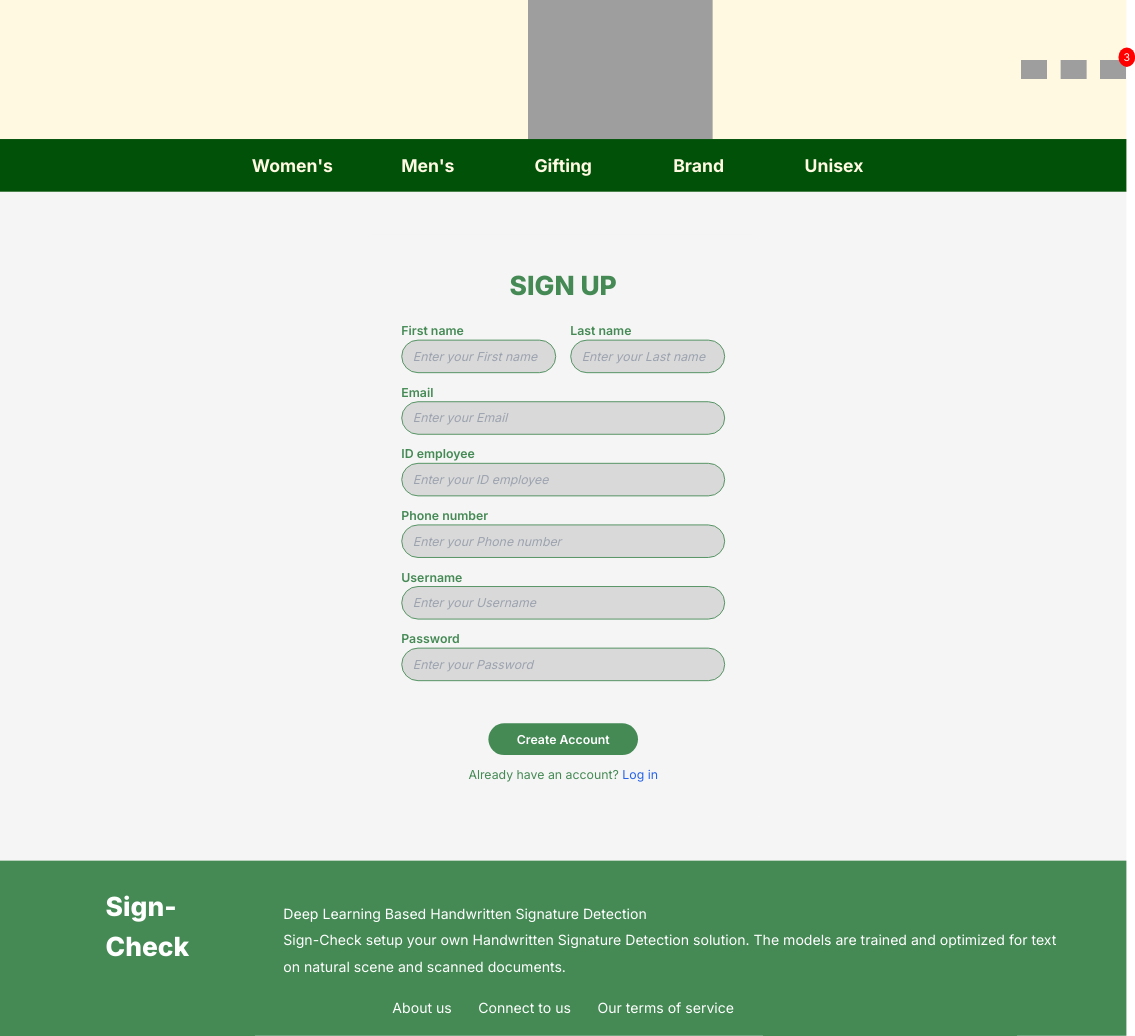
Repository: kimngan2809/AIproject
Page: /add-customer (app in frontend/)
An editor plug-in stored every save of this project. The page is shown before and after the next save, followed by the edit.
The browser window is 1280 px wide. The page is 1290 px wide, so the pictures cover 1290 px, including what lies to the right of the window. The pictures show the whole page, at 88% of full size.
Pictures or frames that could not be fetched are drawn as grey boxes. The page's requests for data from a server got no answer. The project was rebuilt for these pictures with package versions that can differ from the ones it lists, and the page was loaded fresh each time. The framework's server and built-in components were replaced by stand-ins that run in the browser. No one was signed in, and anything a server would have sent is missing. Also part of the build but not shown: frontend/next.config.mjs.

Above is the page before, as saved 2024-10-07 00:24:04.

### frontend/src/app/add-customer/layout.jsx
"use client";
import Header from "@/components/header";
import Footer from "@/components/footer";

const Layout = ({ children }) => {
  return (
    <div className="flex flex-col min-h-screen">
      <Header />
      <main className="flex-grow">
        {children}
      </main>
      <Footer />
    </div>
  );
};

export default Layout;

### frontend/src/app/add-customer/page.jsx
"use client";
import { useState } from "react";
import { useRouter } from "next/navigation";

const Addcustomer = () => {
  const [firstName, setFirstName] = useState("");
  const [lastName, setLastName] = useState("");
  const [email, setEmail] = useState("");
  const [idEmployee, setIdEmployee] = useState("");
  const [phoneNumber, setPhoneNumber] = useState("");
  const [username, setUsername] = useState("");
  const [password, setPassword] = useState("");
  const [errorText, setErrorText] = useState("");
  const router = useRouter();

  const onSignUpClick = (e) => {
    e.preventDefault();
    if (!firstName || !lastName || !email || !idEmployee || !phoneNumber || !username || !password) {
      setErrorText("Have missing data!");
      return;
    }
    setErrorText("");
    // Handle sign up logic here...
  };

  const navigateToLogin = () => {
    router.push("/login");
  };

  return (
    <div className="flex min-h-screen items-center justify-center px-6 py-12 lg:px-8 bg-[#F5F5F5]">
      <div className="flex flex-col w-full max-w-md bg-[#F5F5F5] rounded-lg overflow-hidden">
        <div className="p-10 bg-[#F5F5F5]">
          <form className="space-y-3" onSubmit={onSignUpClick}>
            <h1 className="text-3xl font-extrabold text-[#458A55] mb-6 text-center">SIGN UP</h1>

            <div className="flex space-x-4 space-y-0">
              <div className="w-1/2 space-y-0">
                <label htmlFor="firstName" className="block text-sm font-semibold text-[#458A55]">First name</label>
                <input
                  id="firstName"
                  name="firstName"
                  type="text"
                  placeholder="Enter your First name"
                  value={firstName}
                  onChange={(e) => setFirstName(e.target.value)}
                  required
                  className="mt-1 block w-full px-3 py-2 bg-[#D9D9D9] border border-[#458A55] rounded-full text-sm text-[#00000080] focus:outline-none placeholder:italic"
                />
              </div>

              <div className="w-1/2 space-y-0">
                <label htmlFor="lastName" className="block text-sm font-semibold text-[#458A55]">Last name</label>
                <input
                  id="lastName"
                  name="lastName"
                  type="text"
                  placeholder="Enter your Last name"
                  value={lastName}
                  onChange={(e) => setLastName(e.target.value)}
                  required
                  className="mt-1 block w-full px-3 py-2 bg-[#D9D9D9] border border-[#458A55] rounded-full text-sm text-[#00000080] focus:outline-none placeholder:italic"
                />
              </div>
            </div>

            <div className="space-y-0">
              <label htmlFor="email" className="block text-sm font-semibold text-[#458A55]">Email</label>
              <input
                id="email"
                name="email"
                type="email"
                placeholder="Enter your Email"
                value={email}
                onChange={(e) => setEmail(e.target.value)}
                required
                className="mt-1 block w-full px-3 py-2 bg-[#D9D9D9] border border-[#458A55] rounded-full text-sm text-[#00000080] focus:outline-none placeholder:italic"
              />
            </div>

            <div className="space-y-0">
              <label htmlFor="idEmployee" className="block text-sm font-semibold text-[#458A55]">ID employee</label>
              <input
                id="idEmployee"
                name="idEmployee"
                type="text"
                placeholder="Enter your ID employee"
                value={idEmployee}
                onChange={(e) => setIdEmployee(e.target.value)}
                required
                className="mt-1 block w-full px-3 py-2 bg-[#D9D9D9] border border-[#458A55] rounded-full text-sm text-[#00000080] focus:outline-none placeholder:italic"
              />
            </div>

            <div className="space-y-0">
              <label htmlFor="phoneNumber" className="block text-sm font-semibold text-[#458A55]">Phone number</label>
              <input
                id="phoneNumber"
                name="phoneNumber"
                type="text"
                placeholder="Enter your Phone number"
                value={phoneNumber}
                onChange={(e) => setPhoneNumber(e.target.value)}
                required
                className="mt-1 block w-full px-3 py-2 bg-[#D9D9D9] border border-[#458A55] rounded-full text-sm text-[#00000080] focus:outline-none placeholder:italic"
              />
            </div>

            <div className="space-y-0">
              <label htmlFor="username" className="block text-sm font-semibold text-[#458A55]">Username</label>
              <input
                id="username"
                name="username"
                type="text"
                placeholder="Enter your Username"
                value={username}
                onChange={(e) => setUsername(e.target.value)}
                required
                className="mt-1 block w-full px-3 py-2 bg-[#D9D9D9] border border-[#458A55] rounded-full text-sm text-[#00000080] focus:outline-none placeholder:italic"
              />
            </div>

            <div className="space-y-0">
              <label htmlFor="password" className="block text-sm font-semibold text-[#458A55]">Password</label>
              <input
                id="password"
                name="password"
                type="password"
                placeholder="Enter your Password"
                value={password}
                onChange={(e) => setPassword(e.target.value)}
                required
                className="mt-1 block w-full px-3 py-2 bg-[#D9D9D9] border border-[#458A55] rounded-full text-sm text-[#00000080] focus:outline-none placeholder:italic"
              />
            </div>

            <div style={{ minHeight: "24px" }}>
              {errorText && <span style={{ color: "red" }}>{errorText}</span>}
            </div>

            <div className="text-center">
              <button
                type="submit"
                className="font-medium py-2 px-8 bg-[#458A55] text-white rounded-full text-sm font-semibold hover:bg-[#3c7b4a] transition"
              >
                Create Account
              </button>
            </div>

            <div className="text-center text-sm text-[#458A55]">
              Already have an account?{" "}
              <span className="text-blue-600 hover:underline cursor-pointer" onClick={navigateToLogin}>
                Log in
              </span>
            </div>
          </form>
        </div>
      </div>
    </div>
  );
};

export default Addcustomer;

### frontend/src/components/footer.jsx
import React from 'react';
import Link from "next/link";

const Footer = () => {
    const footerStyle = {
        backgroundColor: '#015109',
        color: '#FFF9E2',
        padding: '20px 0',
        // display: 'flex',
        justifyContent: 'space-around',
        alignItems: 'center',
        marginTop:'20px'
    };
    const paymentImageStyle = {
        width: '90px',

        borderRadius: '5px',
        margin: '5px',
    };

    const columnStyle = {
        display: 'flex',
        flexDirection: 'column',
        alignItems: 'flex-start',
        margin:'30px',
        paddingLeft:'100px'
    };

    const listStyle = {
        listStyle: 'none',
        spaceLine:'5px',

    };

    const socialMediaStyle = {
        display: 'flex',
        justifyContent:'space-evenly',
        width: '50px',
        marginTop: '20px',
        borderRadius:'50%',
        marginLeft:'30px'
    };const bottomStyle = {
        width: '100%',
        borderTop: '1px solid #FFF9E2',
        display:'flex'



    };

    return (
        <footer style={{ backgroundColor: '#458A55', padding: '20px', color: '#fff' }}>
      <div className="footer-content" style={{display:'flex'}}>
        <div style={{marginLeft:'50px',paddingLeft:'50px', marginTop:'10px',width:'20vw'}}>
        <h1 className="font-extrabold" style={{ fontSize: '30px' }}>Sign-Check</h1>
        </div>
        <div style={{ marginLeft:'50px',lineHeight:'30px',marginRight:'50px', marginTop:'20px'}}>
        <p style={{ marginTop: '5px', fontSize: '16px' }}>
          Deep Learning Based Handwritten Signature Detection
          <br />
          Sign-Check setup your own Handwritten Signature Detection solution. The models are trained and optimized for text on natural scene and scanned documents.
        </p>
        </div>
      </div>
      <div className="footer-links" style={{ display: 'flex', justifyContent: 'center', gap: '30px', marginTop: '20px' }}>
        <a href="#" style={{ color: '#fff', textDecoration: 'none', fontSize: '16px' }}>About us</a>
        <a href="#" style={{ color: '#fff', textDecoration: 'none', fontSize: '16px' }}>Connect to us</a>
        <a href="#" style={{ color: '#fff', textDecoration: 'none', fontSize: '16px' }}>Our terms of service</a>
      </div>
    </footer>
    );
};

export default Footer;

Loaded but not shown: frontend/src/app/layout.js (common file); frontend/src/app/globals.css (common file); frontend/tailwind.config.js (common file); frontend/src/utils/helper.js (39 lines, source omitted); frontend/src/utils/api-caller.js (17 lines, source omitted); frontend/src/components/header.jsx (325 lines, source omitted)

After the next save:
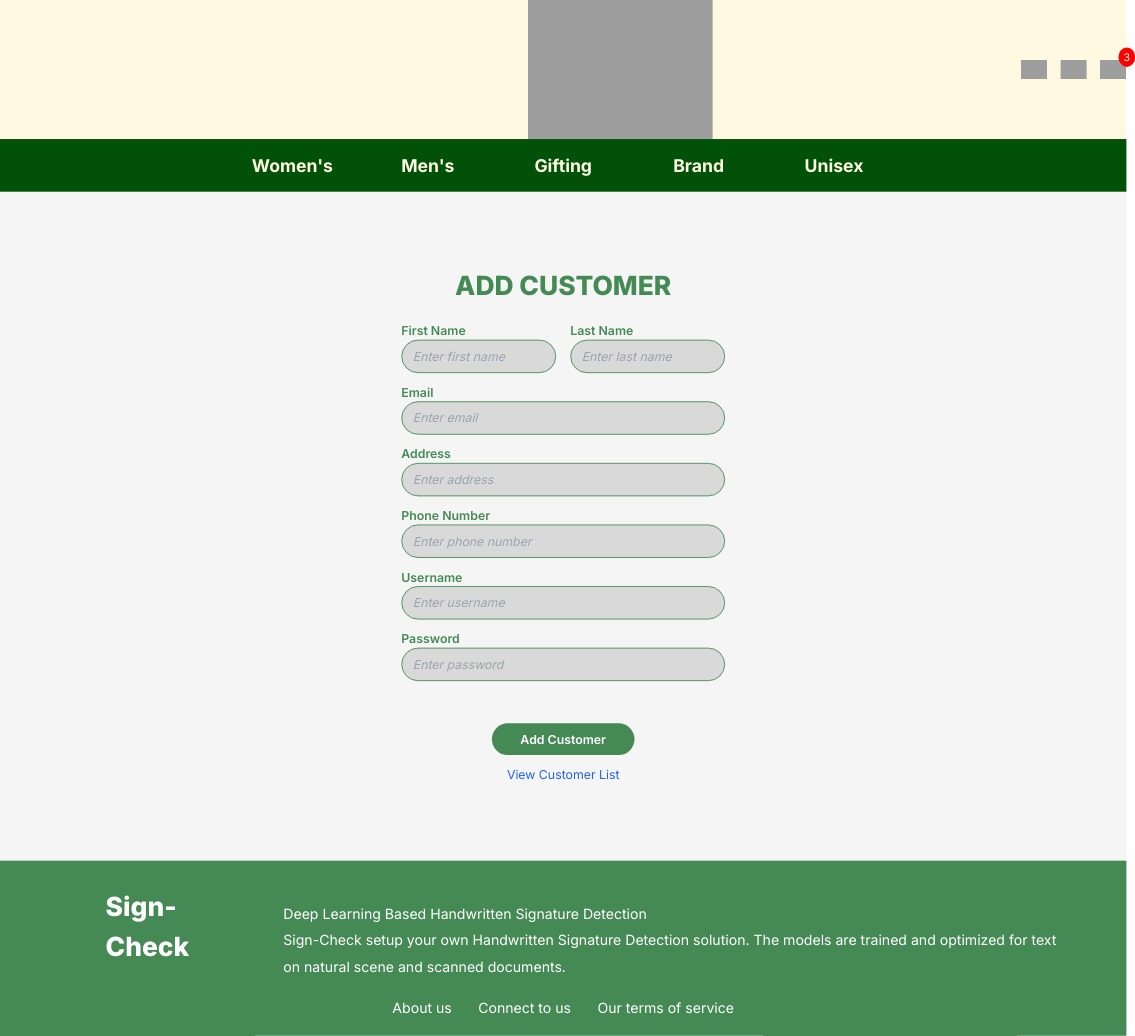
Saved 4 min 33 s later.
--- a/frontend/src/app/add-customer/page.jsx
+++ b/frontend/src/app/add-customer/page.jsx
@@ -2,46 +2,46 @@
 import { useState } from "react";
 import { useRouter } from "next/navigation";
 
-const Addcustomer = () => {
+const AddCustomer = () => {
   const [firstName, setFirstName] = useState("");
   const [lastName, setLastName] = useState("");
   const [email, setEmail] = useState("");
-  const [idEmployee, setIdEmployee] = useState("");
+  const [address, setAddress] = useState("");
   const [phoneNumber, setPhoneNumber] = useState("");
   const [username, setUsername] = useState("");
   const [password, setPassword] = useState("");
   const [errorText, setErrorText] = useState("");
   const router = useRouter();
 
-  const onSignUpClick = (e) => {
+  const onAddCustomerClick = (e) => {
     e.preventDefault();
-    if (!firstName || !lastName || !email || !idEmployee || !phoneNumber || !username || !password) {
-      setErrorText("Have missing data!");
+    if (!firstName || !lastName || !email || !address || !phoneNumber || !username || !password) {
+      setErrorText("Please fill out all fields!");
       return;
     }
     setErrorText("");
-    // Handle sign up logic here...
+    // Handle customer creation logic here...
   };
 
-  const navigateToLogin = () => {
-    router.push("/login");
+  const navigateToCustomerList = () => {
+    router.push("/customers");
   };
 
   return (
     <div className="flex min-h-screen items-center justify-center px-6 py-12 lg:px-8 bg-[#F5F5F5]">
       <div className="flex flex-col w-full max-w-md bg-[#F5F5F5] rounded-lg overflow-hidden">
         <div className="p-10 bg-[#F5F5F5]">
-          <form className="space-y-3" onSubmit={onSignUpClick}>
-            <h1 className="text-3xl font-extrabold text-[#458A55] mb-6 text-center">SIGN UP</h1>
+          <form className="space-y-3" onSubmit={onAddCustomerClick}>
+            <h1 className="text-3xl font-extrabold text-[#458A55] mb-6 text-center">ADD CUSTOMER</h1>
 
             <div className="flex space-x-4 space-y-0">
               <div className="w-1/2 space-y-0">
-                <label htmlFor="firstName" className="block text-sm font-semibold text-[#458A55]">First name</label>
+                <label htmlFor="firstName" className="block text-sm font-semibold text-[#458A55]">First Name</label>
                 <input
                   id="firstName"
                   name="firstName"
                   type="text"
-                  placeholder="Enter your First name"
+                  placeholder="Enter first name"
                   value={firstName}
                   onChange={(e) => setFirstName(e.target.value)}
                   required
@@ -50,12 +50,12 @@ const Addcustomer = () => {
               </div>
 
               <div className="w-1/2 space-y-0">
-                <label htmlFor="lastName" className="block text-sm font-semibold text-[#458A55]">Last name</label>
+                <label htmlFor="lastName" className="block text-sm font-semibold text-[#458A55]">Last Name</label>
                 <input
                   id="lastName"
                   name="lastName"
                   type="text"
-                  placeholder="Enter your Last name"
+                  placeholder="Enter last name"
                   value={lastName}
                   onChange={(e) => setLastName(e.target.value)}
                   required
@@ -70,7 +70,7 @@ const Addcustomer = () => {
                 id="email"
                 name="email"
                 type="email"
-                placeholder="Enter your Email"
+                placeholder="Enter email"
                 value={email}
                 onChange={(e) => setEmail(e.target.value)}
                 required
@@ -79,26 +79,26 @@ const Addcustomer = () => {
             </div>
 
             <div className="space-y-0">
-              <label htmlFor="idEmployee" className="block text-sm font-semibold text-[#458A55]">ID employee</label>
+              <label htmlFor="address" className="block text-sm font-semibold text-[#458A55]">Address</label>
               <input
-                id="idEmployee"
-                name="idEmployee"
+                id="address"
+                name="address"
                 type="text"
-                placeholder="Enter your ID employee"
-                value={idEmployee}
-                onChange={(e) => setIdEmployee(e.target.value)}
+                placeholder="Enter address"
+                value={address}
+                onChange={(e) => setAddress(e.target.value)}
                 required
                 className="mt-1 block w-full px-3 py-2 bg-[#D9D9D9] border border-[#458A55] rounded-full text-sm text-[#00000080] focus:outline-none placeholder:italic"
               />
             </div>
 
             <div className="space-y-0">
-              <label htmlFor="phoneNumber" className="block text-sm font-semibold text-[#458A55]">Phone number</label>
+              <label htmlFor="phoneNumber" className="block text-sm font-semibold text-[#458A55]">Phone Number</label>
               <input
                 id="phoneNumber"
                 name="phoneNumber"
                 type="text"
-                placeholder="Enter your Phone number"
+                placeholder="Enter phone number"
                 value={phoneNumber}
                 onChange={(e) => setPhoneNumber(e.target.value)}
                 required
@@ -112,7 +112,7 @@ const Addcustomer = () => {
                 id="username"
                 name="username"
                 type="text"
-                placeholder="Enter your Username"
+                placeholder="Enter username"
                 value={username}
                 onChange={(e) => setUsername(e.target.value)}
                 required
@@ -126,7 +126,7 @@ const Addcustomer = () => {
                 id="password"
                 name="password"
                 type="password"
-                placeholder="Enter your Password"
+                placeholder="Enter password"
                 value={password}
                 onChange={(e) => setPassword(e.target.value)}
                 required
@@ -143,14 +143,13 @@ const Addcustomer = () => {
                 type="submit"
                 className="font-medium py-2 px-8 bg-[#458A55] text-white rounded-full text-sm font-semibold hover:bg-[#3c7b4a] transition"
               >
-                Create Account
+                Add Customer
               </button>
             </div>
 
             <div className="text-center text-sm text-[#458A55]">
-              Already have an account?{" "}
-              <span className="text-blue-600 hover:underline cursor-pointer" onClick={navigateToLogin}>
-                Log in
+              <span className="text-blue-600 hover:underline cursor-pointer" onClick={navigateToCustomerList}>
+                View Customer List
               </span>
             </div>
           </form>
@@ -160,4 +159,4 @@ const Addcustomer = () => {
   );
 };
 
-export default Addcustomer;
+export default AddCustomer;
